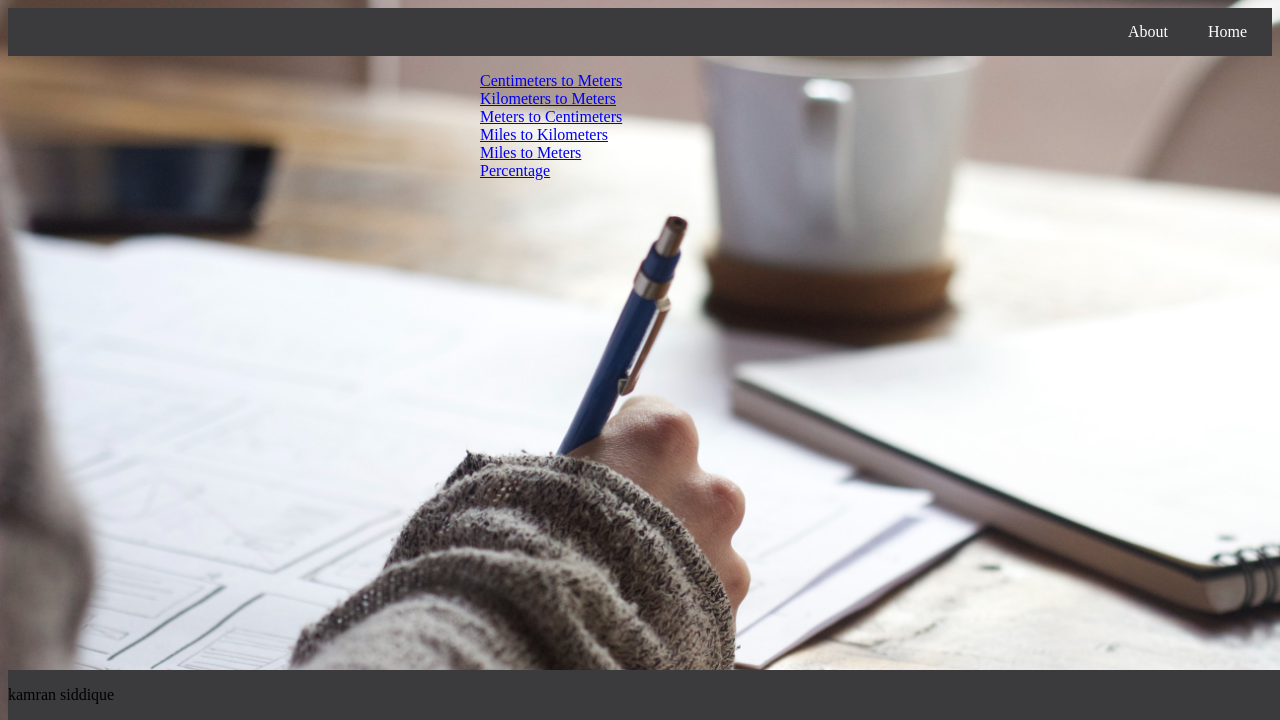
Repository: Kamrangujjar85112/Length-Converter
Page: html/home.html
An editor plug-in stored every save of this project. The page is shown before and after the next save, followed by the edit.
The browser window is 1280 px wide. The pictures show the whole page.

Above is the page before, as saved 2022-01-21 04:10:11.

### html/home.html
<!-- home -->
<!DOCTYPE html>
<html lang="en">
<head>
    <meta charset="UTF-8">
    <meta http-equiv="X-UA-Compatible" content="IE=edge">
    <meta name="viewport" content="width=device-width, initial-scale=1.0">
    <title>Home</title>
    <link rel="stylesheet" href="../css/style.css">

</head>
<body>

   <div class="container ">
    <div class="header">
        <nav>
            <ul class="nav-ul">
                <li class="nav-li"><a href="#home">Home</a></li>
                <li class="nav-li"><a href="#about">About</a></li>
            </ul>
        </nav>
   </div>
   <div class="box">
    <div>
        <ul>
            <li class="link">
                <a href="cm_km.html">Centimeters to Meters</a>
            </li>
            <li class="link">
                <a href="km_m.html">Kilometers to Meters</a>
            </li>
            <li class="link">
                <a href="m_cm.html">Meters to Centimeters</a>
            </li>
            <li class="link">
                <a href="mi_km.html">Miles to Kilometers</a>
            </li>
            <li class="link">
                <a href="mi_m.html">Miles to Meters</a>
            </li>
            <li class="link">
                <a href="percentage.html">Percentage</a>
            </li>
        </ul>
    </div>
   </div>
    <div class="footer">
            <p>kamran siddique</p>
    </div>
    </div>
   </div>
</body>
</html>

### css/style.css
  body{
    background-image: url('background.jpg');
    background-repeat: no-repeat;
    background-attachment: fixed;
    background-size: cover;
}
.header{
    top: 0;
    width: 100%;
    margin: 0;
    position: relative;

}
.nav-ul{
    list-style-type: none;
    margin: 0;
    overflow: hidden;
    background: rgb(59, 59, 61);
  }

.nav-li {
    padding-right: 10px;
    float: right;
    align-items: inherit;
}

.nav-li a {
    display: block;
    color: rgb(255, 255, 255);
    text-align:center;
    padding: 15px 15px;
    text-decoration: none;
}
.link {
    list-style: none;
}
.link a{

    align-items: center;
}
.link a:hover {
    background-color: #0ac577;
}
.footer{
    bottom: 0;
    width: 100%;
    position: fixed;
    background: rgb(59, 59, 61);
    padding-right: 10px;
}
.box{
    display: flex;
  align-items: center;
  justify-content: center;
}
.box div {
    width: 400px;
    height: 100px;
  }

After the next save:
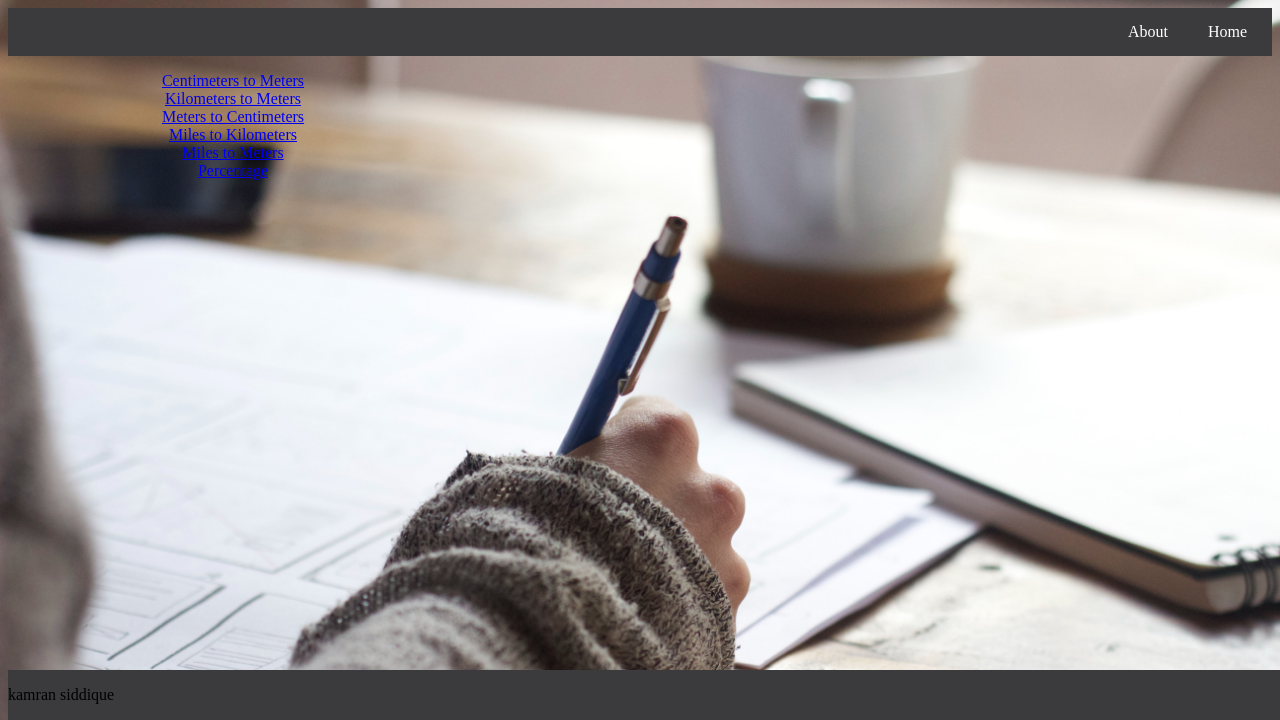
Saved 88 s later.
--- a/css/style.css
+++ b/css/style.css
@@ -49,9 +49,10 @@
     padding-right: 10px;
 }
 .box{
-    display: flex;
-  align-items: center;
-  justify-content: center;
+
+        width: 300px;
+        margin: 5px;
+        text-align: center;
 }
 .box div {
     width: 400px;
